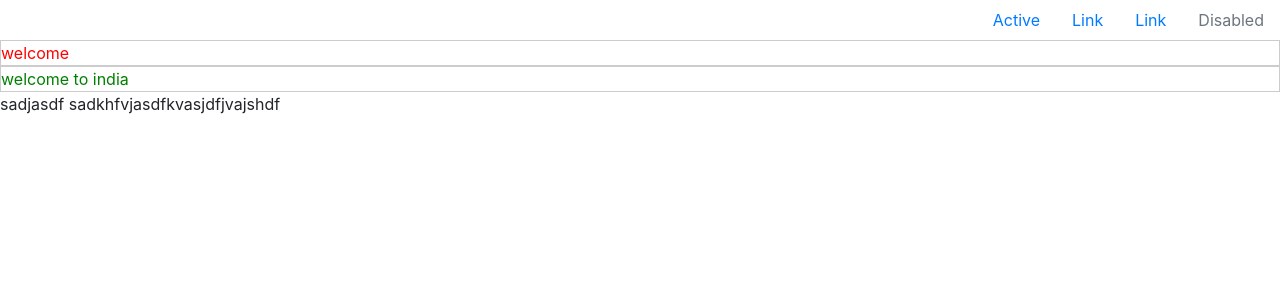
Repository: Green-Technologies-Angular/HTML
Page: index.html
An editor plug-in stored every save of this project. The page is shown before and after the next save, followed by the edit.
The browser window is 1280 px wide. The pictures show the whole page.
Some web libraries are served in a nearby version.

Above is the page before, as saved 2019-01-30 09:46:25.

After the next save:
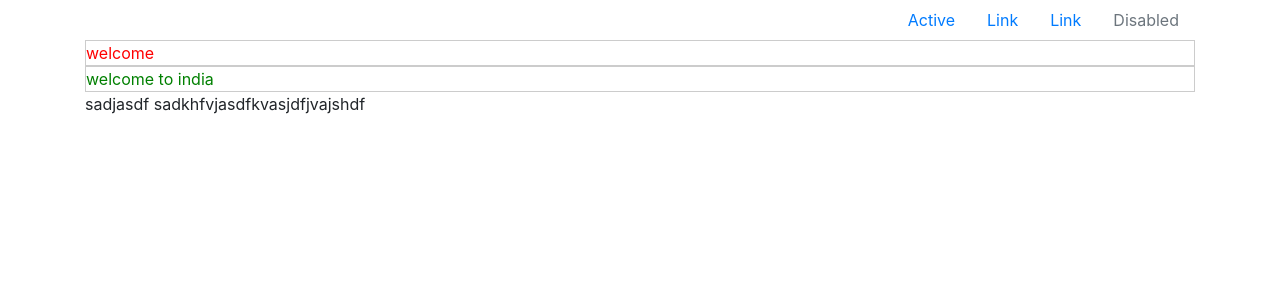
Saved 6 min 12 s later.
--- a/index.html
+++ b/index.html
@@ -6,11 +6,12 @@
     <link rel="stylesheet" href="https://stackpath.bootstrapcdn.com/bootstrap/4.2.1/css/bootstrap.min.css" integrity="sha384-GJzZqFGwb1QTTN6wy59ffF1BuGJpLSa9DkKMp0DgiMDm4iYMj70gZWKYbI706tWS"
         crossorigin="anonymous">
     <style>
-        .name{
-            color:red;
+        .name {
+            color: red;
             border: 1px solid #ccc;
         }
-        .name.clr{
+
+        .name.clr {
             color: green;
             border: 1px solid #ccc;
         }
@@ -18,28 +19,30 @@
 </head>
 
 <body>
-    <ul class="nav justify-content-end">
-        <li class="nav-item">
-            <a class="nav-link active" href="#">Active</a>
-        </li>
-        <li class="nav-item">
-            <a class="nav-link" href="#">Link</a>
-        </li>
-        <li class="nav-item">
-            <a class="nav-link" href="#">Link</a>
-        </li>
-        <li class="nav-item">
-            <a class="nav-link disabled" href="#" tabindex="-1" aria-disabled="true">Disabled</a>
-        </li>
-    </ul>
-    <div class="name" >
-        welcome
+    <div class="container">
+        <ul class="nav justify-content-end">
+            <li class="nav-item">
+                <a class="nav-link active" href="#">Active</a>
+            </li>
+            <li class="nav-item">
+                <a class="nav-link" href="#">Link</a>
+            </li>
+            <li class="nav-item">
+                <a class="nav-link" href="#">Link</a>
+            </li>
+            <li class="nav-item">
+                <a class="nav-link disabled" href="#" tabindex="-1" aria-disabled="true">Disabled</a>
+            </li>
+        </ul>
+        <div class="name">
+                welcome
+            </div>
+            <div class="name clr">
+                welcome to india
+            </div>
+            <span>sadjasdf</span>
+            <span>sadkhfvjasdfkvasjdfjvajshdf</span>
     </div>
-    <div class="name clr">
-        welcome to india
-    </div>
-    <span>sadjasdf</span>
-    <span>sadkhfvjasdfkvasjdfjvajshdf</span>
     <script src="https://code.jquery.com/jquery-3.3.1.slim.min.js" integrity="sha384-q8i/X+965DzO0rT7abK41JStQIAqVgRVzpbzo5smXKp4YfRvH+8abtTE1Pi6jizo"
         crossorigin="anonymous"></script>
     <script src="https://cdnjs.cloudflare.com/ajax/libs/popper.js/1.14.6/umd/popper.min.js" integrity="sha384-wHAiFfRlMFy6i5SRaxvfOCifBUQy1xHdJ/yoi7FRNXMRBu5WHdZYu1hA6ZOblgut"
